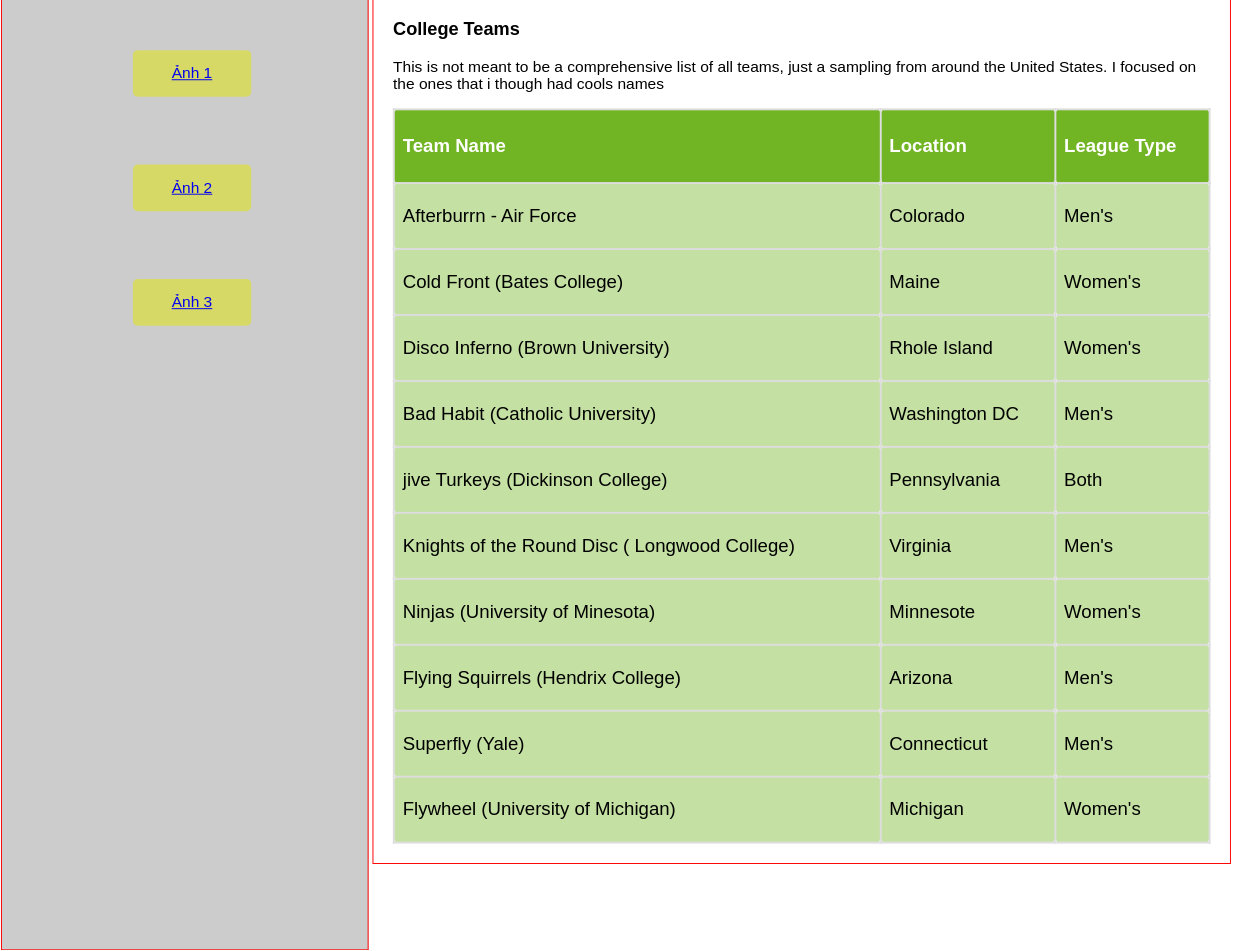
Repository: Tram-anh99/Blockchain_Funix
Page: CSS/Lab6_2.html
These files come from the project's save history. The page is drawn as it stood at one moment and after the next save; the edit follows.
The browser window is 1280 px wide. The page is 1292 px wide, so the pictures cover 1292 px, including what lies to the right of the window. The pictures show the part of the page from y = 176 to 1156 px (the page is 1156 px tall), at 97% of full size.

Above is the page before, as saved 2023-07-20 00:38:14.

After the next save:
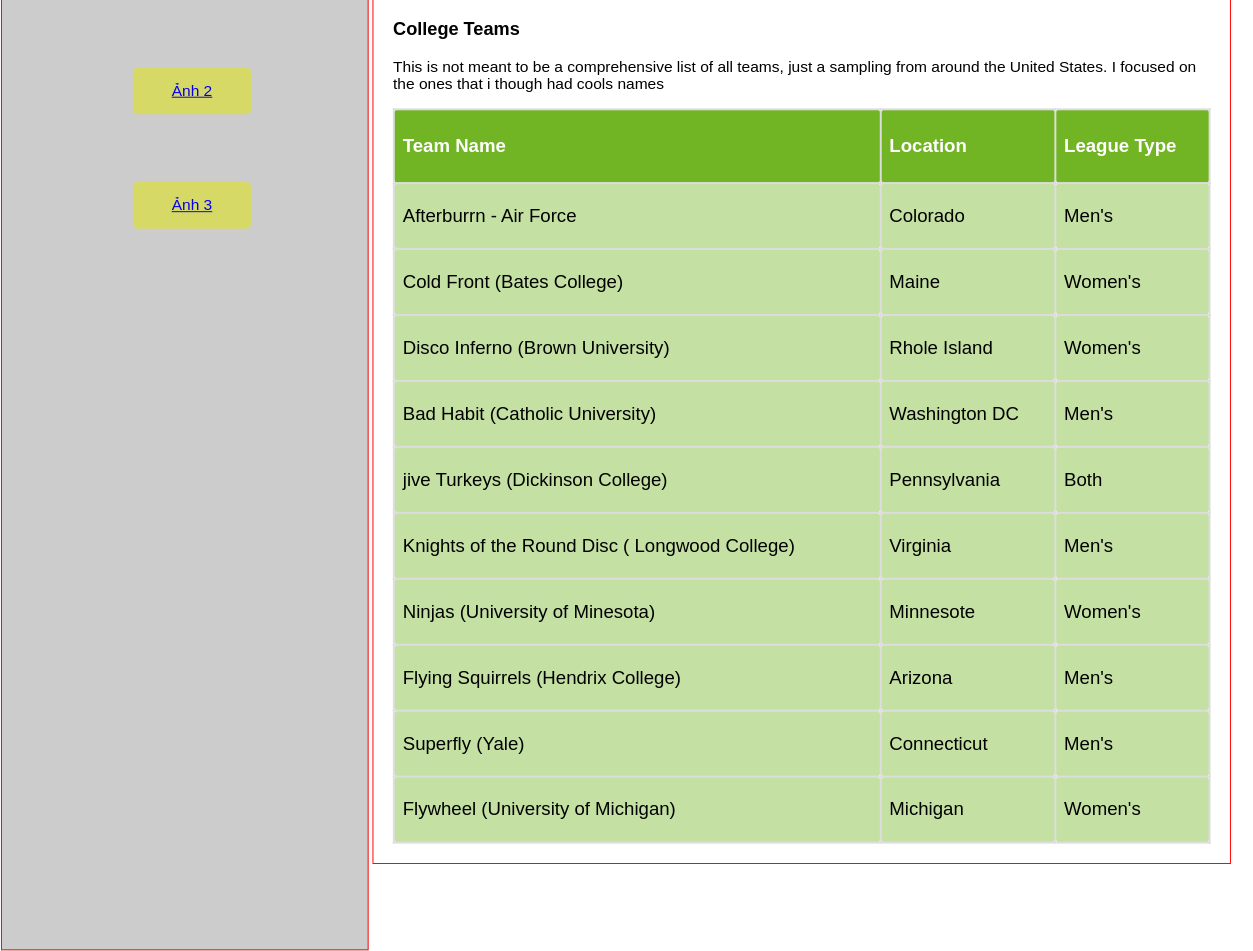
Saved 21 s later.
--- a/CSS/Lab6_2.html
+++ b/CSS/Lab6_2.html
@@ -19,7 +19,7 @@
             <section>
                   <nav>
                         <ul>
-                          <ol><a href="#">Ảnh 1</a></ol>
+                          <ol><img src="" alt=""></ol>
                           <ol><a href="#">Ảnh 2</a></ol>
                           <ol><a href="#">Ảnh 3</a></ol>
                         </ul>
